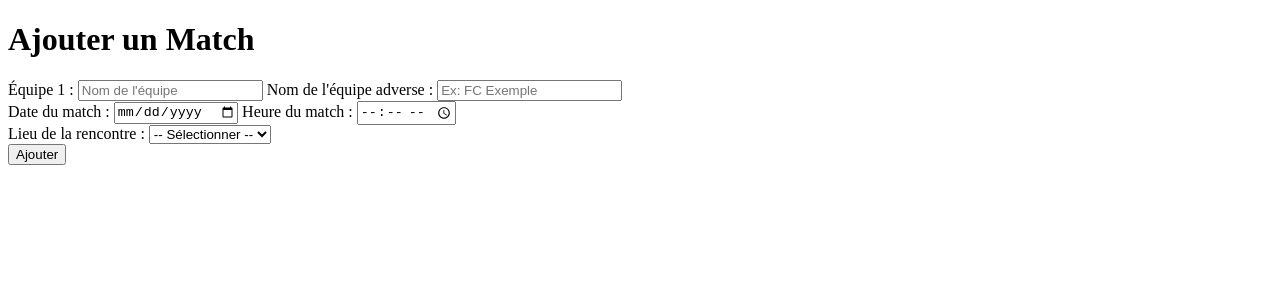
Repository: iisloomx/R401_MiniProjet
Page: http://localhost/views/matchs/ajouter.php
An editor plug-in stored every save of this project. The page is shown before and after the next save, followed by the edit.
The browser window is 1280 px wide. The pictures show the whole page.
The page is run by PHP 8.4 with error messages shown; the project is at /var/www/html/.

Above is the page before, as saved 2025-01-10 09:49:34.

### views/matchs/ajouter.php
<!DOCTYPE html>
<html lang="fr">
<head>
  <meta charset="UTF-8" />
  <meta name="viewport" content="width=device-width, initial-scale=1.0" />
  <title>Ajouter un Match</title>
  <!-- Lien éventuel vers votre CSS -->
  <link rel="stylesheet" href="../views/css/style.css">
</head>
<body>



<div class="container">
    <h1>Ajouter un Match</h1>
    <form action="MatchsController.php?action=ajouter" method="POST">

        <!-- Équipes et scores -->
        <div>
            <label for="equipe1">Équipe 1 :</label>
            <input
                type="text"
                name="equipe1"
                id="equipe1"
                required
                placeholder="Nom de l'équipe"
            >

        <!-- Équipe adverse -->

            <label for="nom_equipe_adverse">Nom de l'équipe adverse :</label>
            <input
                type="text"
                name="nom_equipe_adverse"
                id="nom_equipe_adverse"
                placeholder="Ex: FC Exemple"
            >

        </div>

        <!-- <div>
            <label for="score_equipe1">Score Équipe 1 :</label>
            <input
                type="number"
                name="score_equipe1"
                id="score_equipe1"
                required
                min="0"
                placeholder="Score de l'équipe 1"
            >

            <label for="score_equipe2">Score Équipe 2 :</label>
            <input
                type="number"
                name="score_equipe2"
                id="score_equipe2"
                required
                min="0"
                placeholder="Score de l'équipe 2"
            >
        </div> -->

        <!-- Date et heure du match -->
        <div>
            <label for="date_match">Date du match :</label>
            <input
                type="date"
                name="date_match"
                id="date_match"
                required
            >

            <label for="heure_match">Heure du match :</label>
            <input
                type="time"
                name="heure_match"
                id="heure_match"
            >
        </div>



        <!-- Lieu de rencontre (domicile ou extérieur) -->
        <div>
            <label for="lieu_de_rencontre">Lieu de la rencontre :</label>
            <select name="lieu_de_rencontre" id="lieu_de_rencontre">
                <option value="">-- Sélectionner --</option>
                <option value="Domicile">Domicile</option>
                <option value="Extérieur">Extérieur</option>
            </select>
        </div>

        <!-- Résultat global du match (facultatif)
        <div>
            <label for="resultat">Résultat :</label>
            <input
                type="text"
                name="resultat"
                id="resultat"
                placeholder="Exemple : 3-2, Victoire, etc."
            > -->
        </div>

        <!-- Bouton de soumission -->
        <button type="submit">Ajouter</button>
    </form>
</div>

</body>
</html>

### index.php
<?php
header("Location: views/connexion.php");
exit();

After the next save:
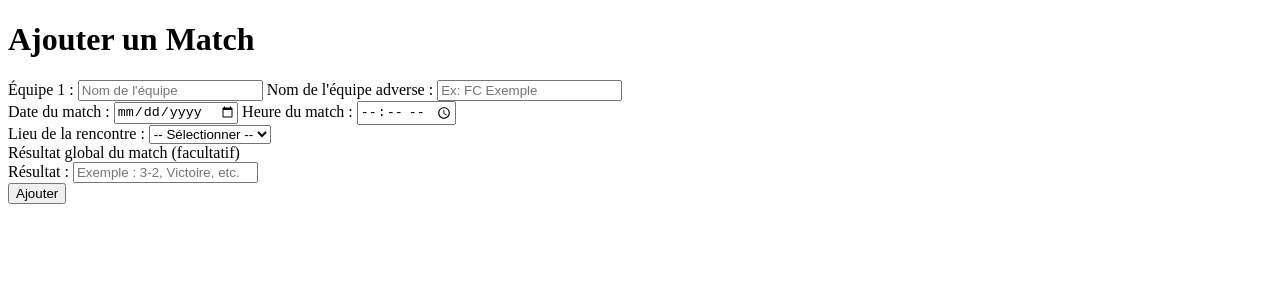
Saved 10 s later.
--- a/views/matchs/ajouter.php
+++ b/views/matchs/ajouter.php
@@ -90,7 +90,7 @@
             </select>
         </div>
 
-        <!-- Résultat global du match (facultatif)
+        Résultat global du match (facultatif)
         <div>
             <label for="resultat">Résultat :</label>
             <input
@@ -98,7 +98,7 @@
                 name="resultat"
                 id="resultat"
                 placeholder="Exemple : 3-2, Victoire, etc."
-            > -->
+            >
         </div>
 
         <!-- Bouton de soumission -->

After the save that followed:
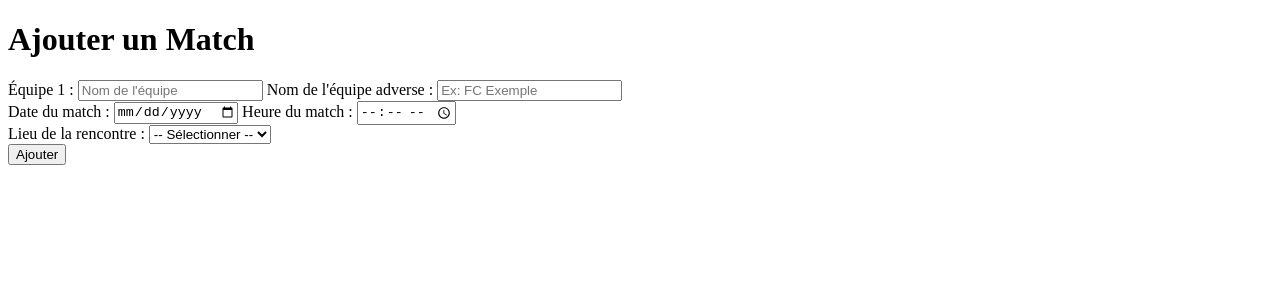
Saved 12 s later.
--- a/views/matchs/ajouter.php
+++ b/views/matchs/ajouter.php
@@ -90,7 +90,7 @@
             </select>
         </div>
 
-        Résultat global du match (facultatif)
+        <!-- Résultat global du match (facultatif)
         <div>
             <label for="resultat">Résultat :</label>
             <input
@@ -99,7 +99,7 @@
                 id="resultat"
                 placeholder="Exemple : 3-2, Victoire, etc."
             >
-        </div>
+        </div> -->
 
         <!-- Bouton de soumission -->
         <button type="submit">Ajouter</button>
